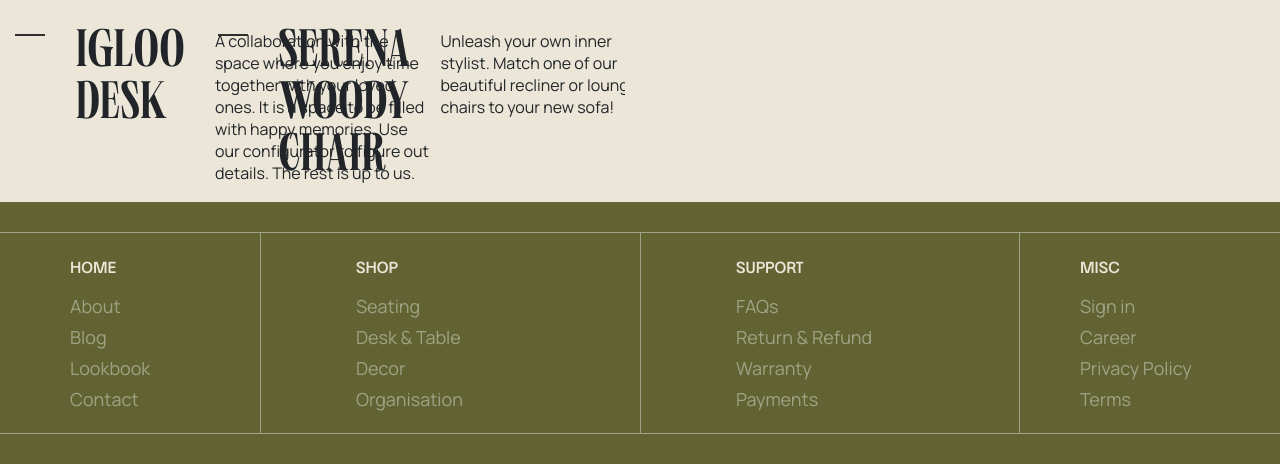
Repository: phannv411/etienne
Page: Lookbook Detail Demo.html
These files come from the project's save history. The page is drawn as it stood at one moment and after the next save; the edit follows.
The browser window is 1280 px wide. The pictures show the part of the page from y = 729 to 1193 px (the page is 1673 px tall).
A picture or video elsewhere on the page could not be fetched, so the positions and the page height are approximate.

Above is the page before, as saved 2022-10-08 02:47:36.
Console error: TypeError: Cannot read properties of null (reading 'value')

After the next save:
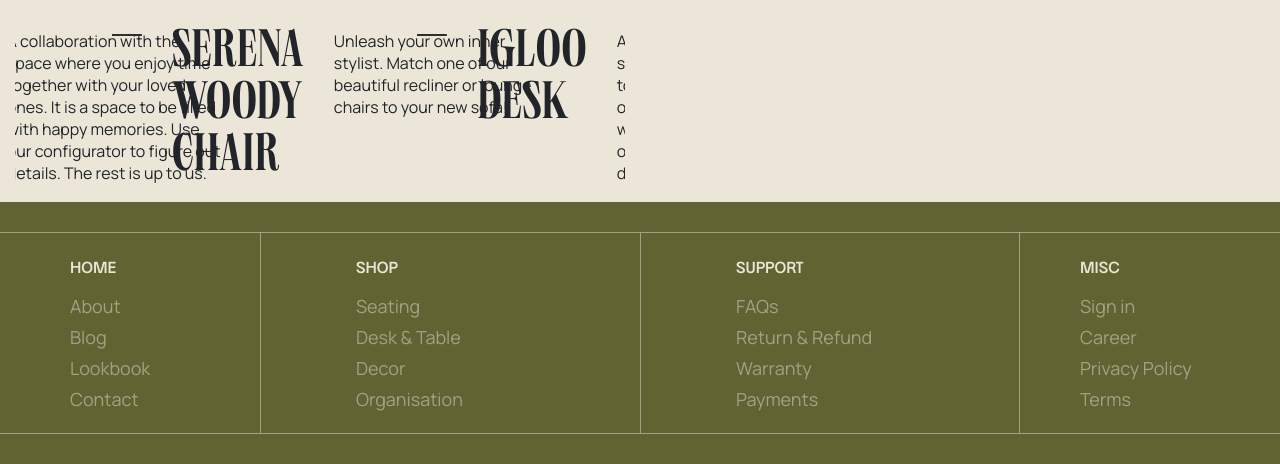
Saved 19 s later.
--- a/Lookbook Detail Demo.html
+++ b/Lookbook Detail Demo.html
@@ -29,7 +29,34 @@
     <script src="js/starter.js"></script>
     <script>
     $(document).ready(function(){
-        $(".owl-carousel").owlCarousel();
+      $(".owl-carousel").owlCarousel({
+        nav:true,
+        autoplay: true,
+        loop: true,
+        autoplayEachtime: 1500,
+        responsive:{
+          0:{
+            items: 1,
+            stagePadding: 60,
+          },
+          576:{
+            items: 1,
+            stagePadding: 105,
+          },
+          768:{
+            items: 1,
+            stagePadding: 200,
+          },
+          992:{
+            items: 1,
+            autoplayHoverPause: true,
+          },
+          1200:{
+            items: 2,
+            autoplayHoverPause: true,
+          },
+        }
+      })
     });
 
     </script>
